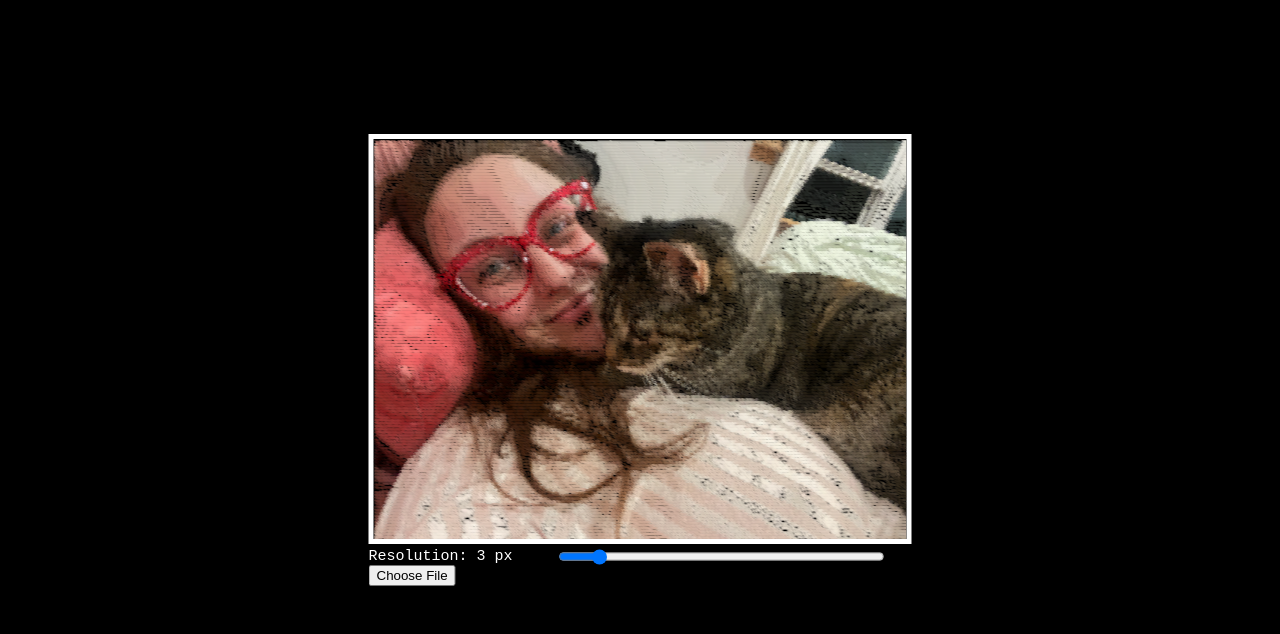
Repository: rosieomusic/ascii-art
Page: index.html
These files come from the project's save history. The page is drawn as it stood at one moment and after the next save; the edit follows.
The browser window is 1280 px wide. The pictures show the whole page.

Above is the page before, as saved 2025-05-06 15:20:42.

### index.html
<!DOCTYPE html>
<html>
	<head>
		<meta charset="UTF-8" />
		<meta
			http-equiv="X-UA-Compatible"
			content="IE-edge"
		/>
		<title>Pixels</title>
		<link
			rel="stylesheet"
			href="styles.css"
		/>
	</head>
	<body>
		<div class="container">
			<canvas id="canvas1"></canvas>
			<div class="controls">
				<label
					for="resolution"
					id="resolutionLabel"
					>Resolution 5 px</label
				>
				<input
					type="range"
					id="resolution"
					name="resolution"
					min="1"
					max="20"
					value="3"
				/>
			</div>
			<div>
				<input
					type="file"
					id="imageUpload"
					accept="image/*"
				/>
				<pre id="ascii-output"></pre>
				<canvas
					id="canvas2"
					style="display: none"
				></canvas>
			</div>
		</div>

		<script src="script.js"></script>
	</body>
</html>

### styles.css
* {
	margin: 0;
	padding: 0;
	box-sizing: border-box;
}
body {
	background: black;
}
.container {
	position: absolute;
	top: 50%;
	left: 50%;
	transform: translate(-50%, -50%);
}
#canvas1 {
	border: 5px solid white;
}
.controls {
	display: flex;
}
.controls > input {
	width: 60%;
}
.controls > label {
	font-family: 'Courier New', Courier, monospace;
	width: 35%;
	color: white;
	font-size: 15px;
}

### script.js
const inputSlider = document.getElementById('resolution');
const inputLabel = document.getElementById('resolutionLabel');
const canvas = document.getElementById('canvas1');
const ctx = canvas.getContext('2d');

const image1 = new Image();
image1.src = 'img/emilyJane.png';
inputSlider.addEventListener('change', handleSlider);
const maxDimension = 800;
let scale = Math.min(
	maxDimension / image1.width,
	maxDimension / image1.height,
	1
);
canvas.width = image1.width * scale;
canvas.height = image1.height * scale;

const imageUpload = document.getElementById('imageUpload');

imageUpload.addEventListener('change', function (event) {
	const file = event.target.files[0];
	if (!file) return;

	const reader = new FileReader();
	reader.onload = function (e) {
		image1.src = e.target.result; // This re-triggers image1.onload
	};
	reader.readAsDataURL(file);
});

class Cell {
	constructor(x, y, symbol, color, size) {
		this.x = x;
		this.y = y;
		this.symbol = symbol;
		this.color = color;
		this.size = size;
		//this.padding = this.size * 0.2;
	}
	draw(ctx) {
		ctx.font = `${this.size * 2}px Courier New`;
		//ctx.fillStyle = 'yellow';
		ctx.fillText(this.symbol, this.x + 1, this.y + 1, +this.size);

		ctx.fillStyle = this.color;
		ctx.fillText(this.symbol, this.x, this.y, this.size);
		ctx.textBaseline = 'top';
	}
}
class AsciiEffect {
	#imageCellArray = [];
	#pixels = [];
	#ctx;
	#width;
	#height;
	constructor(ctx, width, height) {
		this.#ctx = ctx;
		this.#width = width;
		this.#height = height;
		this.#ctx.drawImage(image1, 0, 0, this.#width, this.#height);
		this.#pixels = this.#ctx.getImageData(0, 0, this.#width, this.#height);
		//console.log(this.#pixels.data);
	}
	#convertToSymbol(g) {
		// @#W$9876543210?!abc;:+=-,._
		// .,:ilwW"
		// '$@B%8&WM#*oahkbdpqwmZO0QLCJUYXzcvunxrjft/|()1{}[]?-_+~<>i!lI;:,"^`'
		//`^",:;Il!i><~+_-?][}{1)(|/tfjrxnuvczXYUJCLQ0OZmwqpdbkhao*#MW&8%B@$

		const asciiGradient =
			' .`^",:;Il!i><~+_-?][}{1)(|/tfjrxnuvczXYUJCLQ0OZmwqpdbkhao*#MW&8%B@$';

		const index = Math.floor((g / 255) * (asciiGradient.length - 1));
		return asciiGradient[index];
	}

	#scanImage(cellSize) {
		this.#imageCellArray = [];
		const stepX = Math.floor(cellSize * 0.6);
		const stepY = cellSize;
		for (let y = 0; y < this.#pixels.height; y += stepY) {
			for (let x = 0; x < this.#pixels.width; x += stepX) {
				if (x >= this.#pixels.width || y >= this.#pixels.height) continue;
				const posX = x * 4;
				const posY = y * 4;
				const pos = (y * this.#pixels.width + x) * 4;

				if (this.#pixels.data[pos + 3] > 128) {
					const red = this.#pixels.data[pos];
					const green = this.#pixels.data[pos + 1];
					const blue = this.#pixels.data[pos + 2];
					const grayscale = 0.2126 * red + 0.7152 * green + 0.0722 * blue;

					//const color = 'yellow';
					//const color = grayscale > 110 ? 'white' : 'black';
					const total = red + green + blue;
					const averageColorValue = total / 3;
					const color = `rgb(${red}, ${green}, ${blue})`;
					const symbol = this.#convertToSymbol(averageColorValue);
					if (symbol)
						this.#imageCellArray.push(new Cell(x, y, symbol, color, cellSize));
				}
			}
		}
		//console.log(this.#imageCellArray);
	}
	#drawAscii() {
		this.#ctx.clearRect(0, 0, this.#width, this.#height);
		for (let i = 0; i < this.#imageCellArray.length; i++) {
			this.#imageCellArray[i].draw(this.#ctx);
		}
	}
	draw(cellSize) {
		this.#scanImage(cellSize);
		this.#drawAscii();
	}
}
let effect;
function handleSlider() {
	//console.log('Slider value: ', inputSlider.value);
	if (inputSlider.value == 1) {
		inputLabel.innerHTML = 'Original Image';
		ctx.drawImage(image1, 0, 0, canvas.width, canvas.height);
	} else {
		inputLabel.innerHTML = 'Resolution: ' + inputSlider.value + ' px';
		ctx.font = parseInt(inputSlider.value) * 2 + 'px Courier New';
		effect.draw(parseInt(inputSlider.value));
	}
}
image1.onload = function initialize() {
	//console.log('Image loaded: ', image1.src);
	//console.log('Image dimiensions: ', image1.width, image1.height);

	canvas.width = image1.width;
	canvas.height = image1.height;
	ctx.drawImage(image1, 0, 0);

	const base64Image = canvas.toDataURL(image1);
	//console.log('Base64 image:', base64Image);

	effect = new AsciiEffect(ctx, image1.width, image1.height);
	//effect.draw(parseInt(inputSlider.value));
	handleSlider();
};
const string =
	'$@B%8&WM#*oahkbdpqwmZO0QLCJUYXzcvunxrjft/|()1{}[]?-_+~<>i!lI;:,"^`';

function reverseString(str) {
	const reversed = str.split('').reverse().join('');
	console.log(reversed);
	return reversed;
}

reverseString(string);

After the next save:
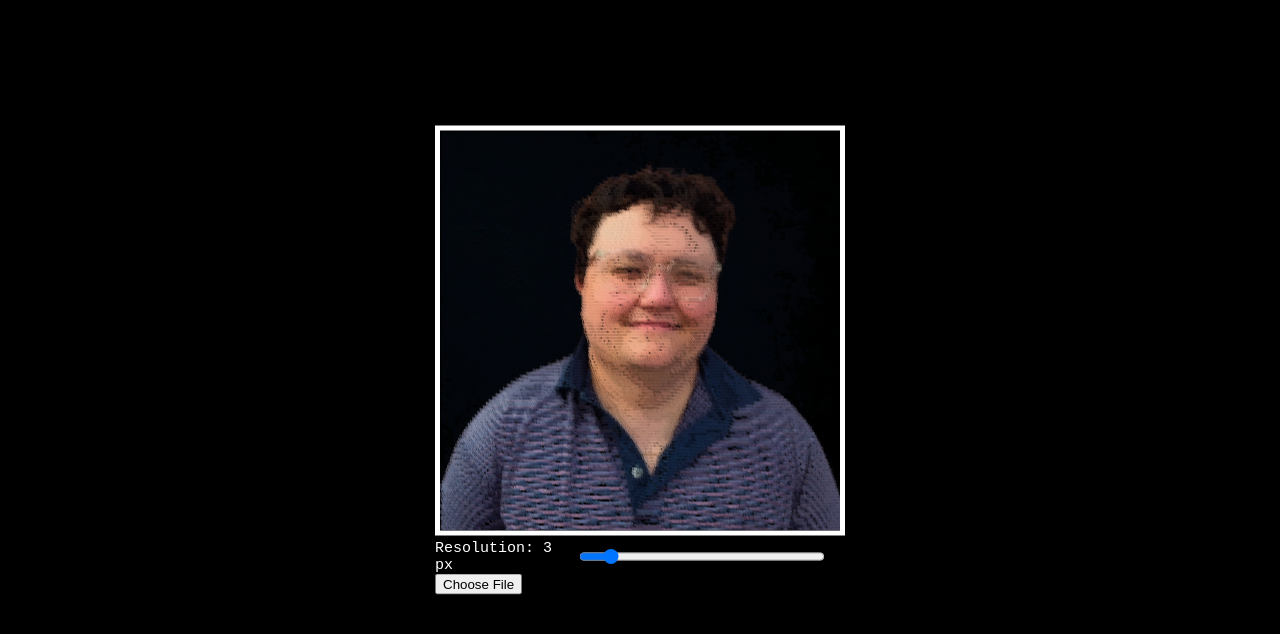
Saved 87 s later.
--- a/script.js
+++ b/script.js
@@ -4,7 +4,7 @@
 const ctx = canvas.getContext('2d');
 
 const image1 = new Image();
-image1.src = 'img/emilyJane.png';
+image1.src = 'img/roseomalleyheadshotblack.png';
 inputSlider.addEventListener('change', handleSlider);
 const maxDimension = 800;
 let scale = Math.min(
